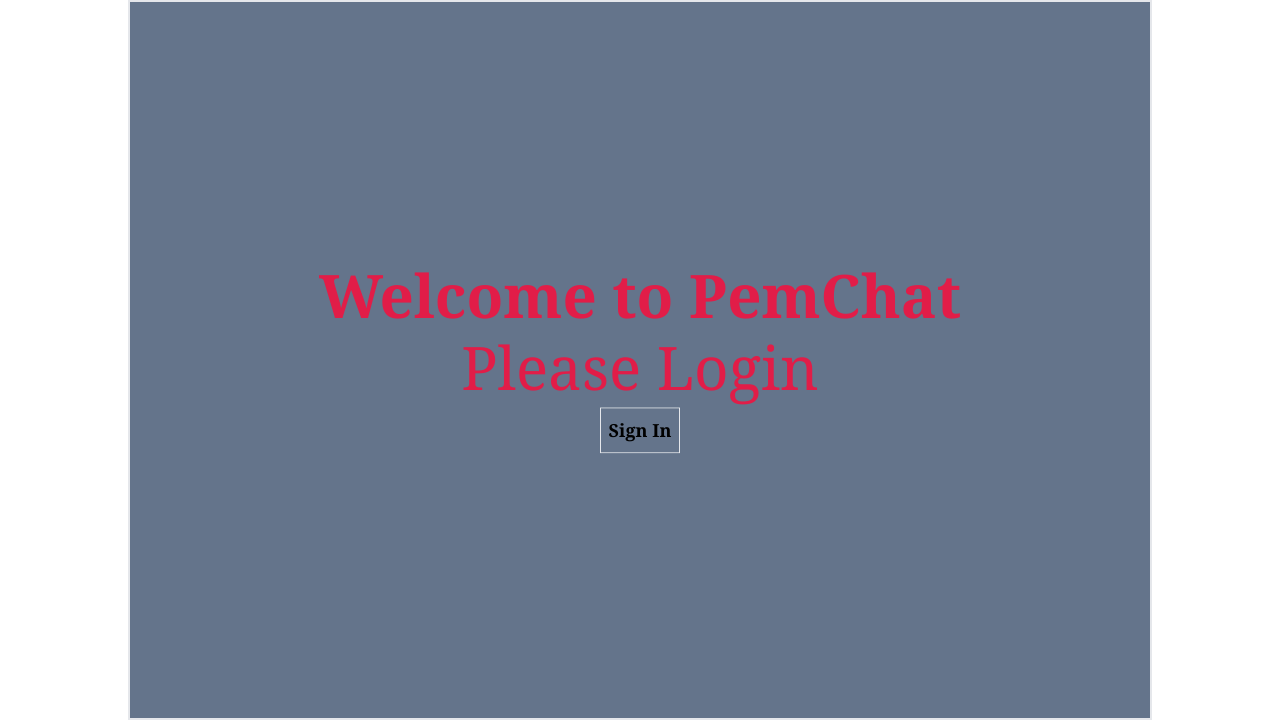
Repository: Semanmernstack/chat-mini
Page: /
The author's editor kept a copy of each file at every save. The page is drawn from the files as they stood at one save, then again after the next save.
The browser window is 1280 px wide. The pictures show the whole page.
The project was rebuilt for these pictures with package versions that can differ from the ones it lists, and the page was loaded fresh each time. Also part of the build but not shown: src/SidebarList.js, src/Sidebar.js, src/BodyHeader.js, src/Message.js, src/Body.js.

Above is the page before, as saved 2022-11-16 08:10:50.

### src/app/store.js
import { configureStore } from '@reduxjs/toolkit';
import userReducer from '../features/userSlice';
import appReducer from '../features/appSlice';

export const store = configureStore({
  reducer: {
    user: userReducer,
    app: appReducer,

  },
});

### src/App.js
import React, { useEffect } from 'react';


import Sidebar from './Sidebar';
import Body from './Body';
import { useDispatch, useSelector } from 'react-redux';
import { login, logout, selectUser } from './features/userSlice';
import Login from './Login';
import { onAuthStateChanged } from 'firebase/auth';
import { auth } from './firebase';


function App() {
  const user = useSelector(selectUser)
  const dispatch = useDispatch();

  useEffect(() =>  {
    onAuthStateChanged(auth, authuser => {
      if(authuser) {
        dispatch(login({
          uid: authuser.uid,
          displayName: authuser.displayName,
          email: authuser.email,
          photo: authuser.photoURL,
        }))
      } else {dispatch(logout())}
    })
  }, [dispatch])



  return (

    <div className="flex  items-center overflow-hidden  overflow-y-hidden    h-screen  max-w-[1024px]    mx-auto border-2">

       {user ? (
        <>
        <div className=" flex-[0.4]  ">

        <Sidebar/>
      </div>
      <div className=" flex-[0.6] ">
        <Body/>
      </div>
      </>

       ) : (
        <Login/>
       )}
    </div>
  );
}

export default App;

### src/features/userSlice.js
import {  createSlice } from '@reduxjs/toolkit';





export const userSlice = createSlice({
  name: 'user',
  initialState: {
    user: null,
  },

  reducers: {
    login: (state, action) => {

      state.user = action.payload;
    },
    logout: (state) => {
      state.user = null;
    },

  },
})

export const { login, logout } = userSlice.actions;


export const selectUser = (state) => state.user.user;



export default userSlice.reducer;

### src/features/appSlice.js
import {  createSlice } from '@reduxjs/toolkit';





export const appSlice = createSlice({
  name: 'app',
  initialState: {
    channelId: null,
    channelName: null,
  },

  reducers: {
    setChannelInfo: (state, action) => {

      state.channelId = action.payload.channelId;
      state.channelName = action.payload.channelName;
    },



  },
})

export const { setChannelInfo } = appSlice.actions;


export const selectChannelId = (state) => state.app.channelId;
export const selectChannelName = (state) => state.app.channelName;


export default appSlice.reducer;

### src/Login.js
import { GoogleAuthProvider, signInWithPopup } from 'firebase/auth'
import React from 'react'
import { auth } from './firebase'

function Login() {

    const SignIn = () => {
        const provider = new GoogleAuthProvider()
        signInWithPopup(auth, provider)
        .then(res => {
        alert("You have succefully log in")
        }).catch((error) => alert (error.message) )
    }
  return (
    <div className="flex font-serif flex-col w-screen bg-slate-500 text-center mx-auto items-center h-screen justify-center">
        <div className=" flex flex-col items-center  text-rose-600  text-3xl md:text-4xl lg:text-6xl">
            <h1 className="font-extrabold mb-3">Welcome to PemChat</h1>
            <h2>Please Login</h2>
        </div>
        <button onClick={SignIn} className="mt-3 border p-2 font-extrabold text-lg cursor-pointer animate-bounce">Sign In</button>
    </div>
  )
}

export default Login

### src/firebase.js

import { initializeApp } from "firebase/app";
import { getAuth } from "firebase/auth";
import { getFirestore } from "firebase/firestore";
const firebaseConfig = {
  apiKey: "AIzaSyAdXaswUjs-QE-MMolXHmAvIeDrrgoGO_4",
  authDomain: "chat-mini-16fc0.firebaseapp.com",
  projectId: "chat-mini-16fc0",
  storageBucket: "chat-mini-16fc0.appspot.com",
  messagingSenderId: "267350805735",
  appId: "1:267350805735:web:5e85360687453f5203e642"
};


const app = initializeApp(firebaseConfig);
export const auth = getAuth(app)
export const db = getFirestore(app)

Loaded but not shown: public/index.html (common file); src/index.js (common file); src/reportWebVitals.js (common file); src/index.css (common file); tailwind.config.js (common file)

After the next save:
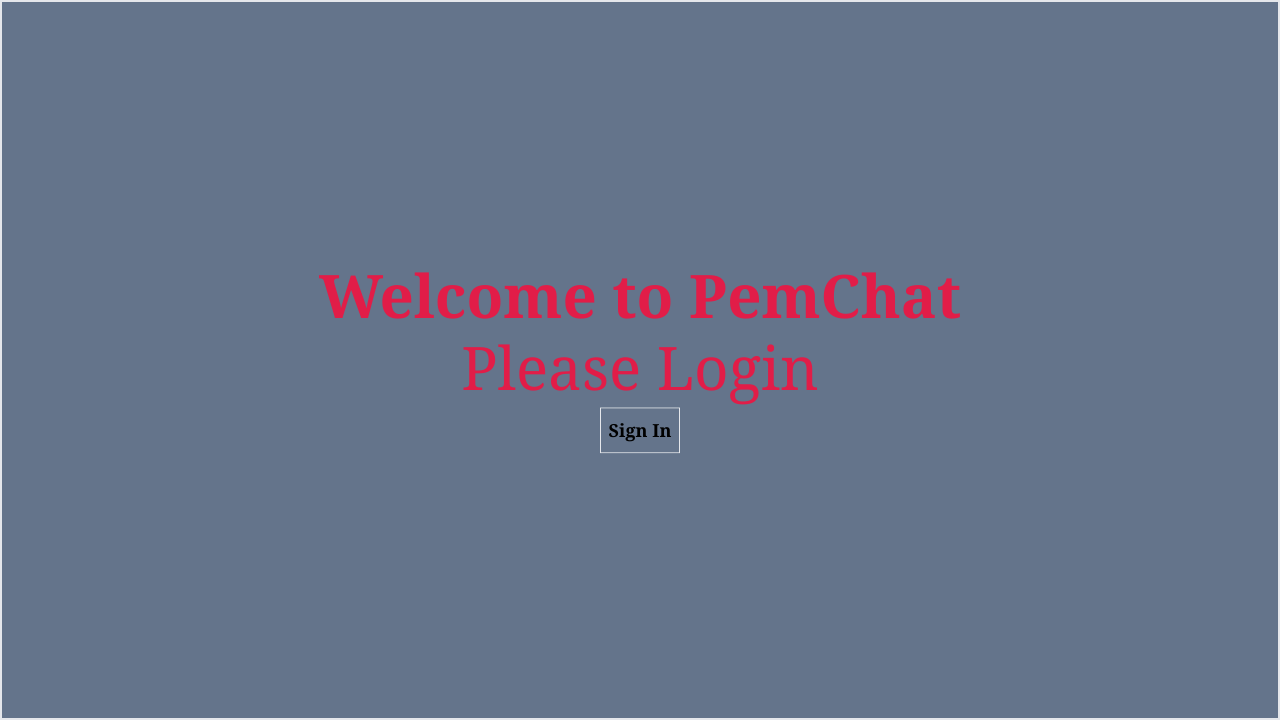
Saved 11 s later.
--- a/src/App.js
+++ b/src/App.js
@@ -31,7 +31,7 @@ function App() {
 
   return (
 
-    <div className="flex  items-center overflow-hidden  overflow-y-hidden    h-screen  max-w-[1024px]    mx-auto border-2">
+    <div className="flex  items-center overflow-hidden  overflow-y-hidden    h-screen  min-w-[1024px]    mx-auto border-2">
 
        {user ? (
         <>
